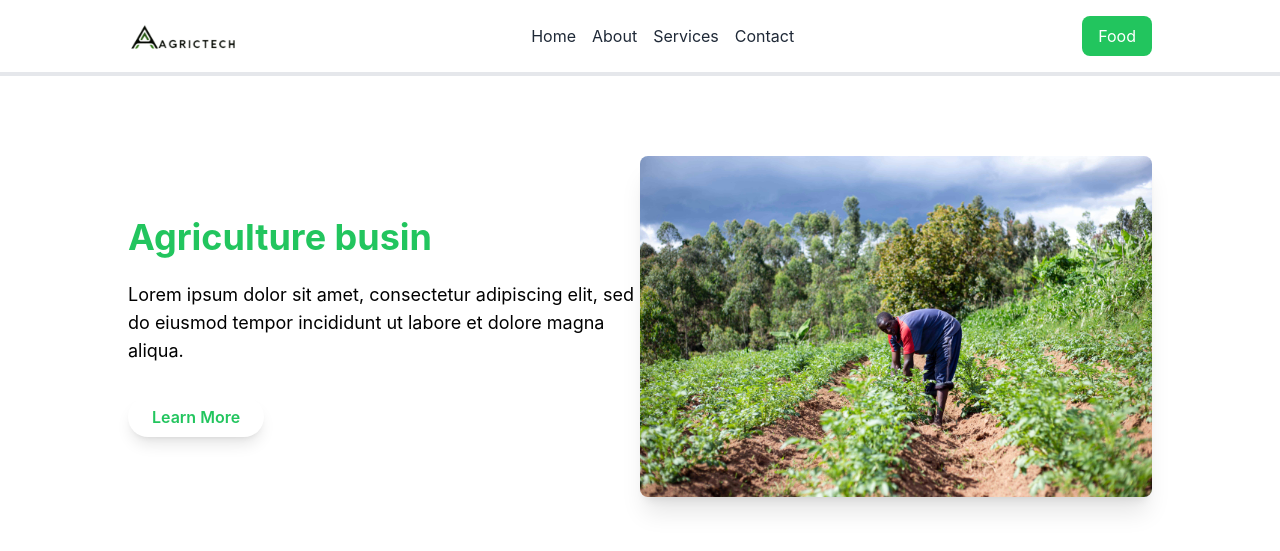
Repository: akinolapo/agric-tech
Page: /
These files come from the project's save history. The page is drawn as it stood at one moment and after the next save; the edit follows.
The browser window is 1280 px wide. The pictures show the whole page.
The project was rebuilt for these pictures with package versions that can differ from the ones it lists, and the page was loaded fresh each time.

Above is the page before, as saved 2023-05-27 00:12:00.

### src/App.js
import React from 'react'
import Header from './components/Header'
import Hero from './components/Hero'

const App = () => {
  return (
    <div>
      <Header/>
      <Hero/>
    </div>
  )
}

export default App

### src/components/Header.jsx
import React, { useState } from 'react';

const Header = () => {
  const [isMenuOpen, setIsMenuOpen] = useState(false);

  const toggleMenu = () => {
    setIsMenuOpen(!isMenuOpen);
  };

  const closeMenu = () => {
    setIsMenuOpen(false);
  };

  return (
    <header className="bg-white border-b-4">
      <div className="container mx-auto flex justify-between items-center py-4 px-5 sm:px-32">
        <div className="flex items-center">
          <img
            src={process.env.PUBLIC_URL+`media/logo.png`}
            alt="Logo"
            className="h-8 w-auto"
          />
        </div>
        <div className="hidden md:flex space-x-4">
          <a href="#" className="text-gray-800 hover:text-gray-600">Home</a>
          <a href="#" className="text-gray-800 hover:text-gray-600">About</a>
          <a href="#" className="text-gray-800 hover:text-gray-600">Services</a>
          <a href="#" className="text-gray-800 hover:text-gray-600">Contact</a>
        </div>
        <div className="md:hidden">
          <button
            type="button"
            className="flex items-center p-2 rounded-md text-gray-800 hover:text-gray-600 focus:outline-none"
            onClick={toggleMenu}
          >
            <svg
              xmlns="http://www.w3.org/2000/svg"
              className="h-6 w-6"
              fill="none"
              viewBox="0 0 24 24"
              stroke="currentColor"
            >
              <path
                strokeLinecap="round"
                strokeLinejoin="round"
                strokeWidth="2"
                d="M4 6h16M4 12h16M4 18h16"
              />
            </svg>
          </button>

        </div>
        <div className="hidden md:block">
          <button
            type="button"
            className="bg-green-500 text-white rounded-lg py-2 px-4"
          >
            Food
          </button>
        </div>
      </div>
      <div>
          {isMenuOpen && (
            <div className="mt-2 w-full">
              <ul className="bg-white border rounded-md divide-y divide-gray-200 shadow-md">
                <li className="py-2 px-4">
                  <a href="#" className="text-gray-800 hover:text-gray-600">Home</a>
                </li>
                <li className="py-2 px-4">
                  <a href="#" className="text-gray-800 hover:text-gray-600">About</a>
                </li>
                <li className="py-2 px-4">
                  <a href="#" className="text-gray-800 hover:text-gray-600">Services</a>
                </li>
                <li className="py-2 px-4">
                  <a href="#" className="text-gray-800 hover:text-gray-600">Contact</a>
                </li>
                <li className="py-2 px-4">
                  <button
                    type="button"
                    className="bg-green-500 text-white rounded-lg py-2 px-4 w-full"
                  >
                    Food
                  </button>
                </li>
              </ul>
              <div className="absolute top-0 right-0 p-2">
              </div>
            </div>
          )}
          </div>
    </header>
  );
};

export default Header;

### src/components/Hero.jsx
import React from 'react';

const Hero = () => {
  return (
    <section className="bg-white text-black py-20 px-5 sm:px-32">
      <div className="container mx-auto flex flex-col lg:flex-row items-center">
        <div className="lg:w-1/2">
          <h1 className="text-4xl font-bold mb-6 text-green-500">Agriculture busin</h1>
          <p className="text-lg mb-8">Lorem ipsum dolor sit amet, consectetur adipiscing elit, sed do eiusmod tempor incididunt ut labore et dolore magna aliqua.</p>
          <button className="bg-white text-green-500 py-2 px-6 rounded-full font-semibold shadow-lg hover:shadow-xl transition duration-300">Learn More</button>
        </div>
        <div className="lg:w-1/2">
          <img src={process.env.PUBLIC_URL+`media/hero.jpg`}alt="Agriculture" className="rounded-lg shadow-xl" />
        </div>
      </div>
    </section>
  );
};

export default Hero;

Loaded but not shown: public/index.html (common file); src/index.js (common file); src/index.css (common file); tailwind.config.js (common file)

After the next save:
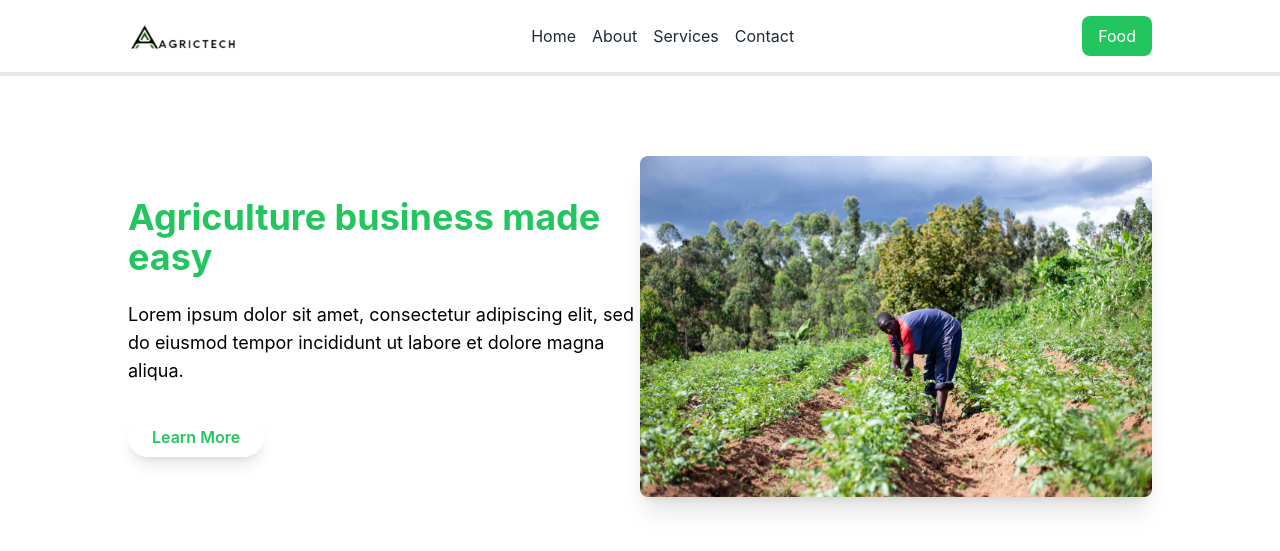
Saved 6 s later.
--- a/src/components/Hero.jsx
+++ b/src/components/Hero.jsx
@@ -5,7 +5,7 @@ const Hero = () => {
     <section className="bg-white text-black py-20 px-5 sm:px-32">
       <div className="container mx-auto flex flex-col lg:flex-row items-center">
         <div className="lg:w-1/2">
-          <h1 className="text-4xl font-bold mb-6 text-green-500">Agriculture busin</h1>
+          <h1 className="text-4xl font-bold mb-6 text-green-500">Agriculture business made easy</h1>
           <p className="text-lg mb-8">Lorem ipsum dolor sit amet, consectetur adipiscing elit, sed do eiusmod tempor incididunt ut labore et dolore magna aliqua.</p>
           <button className="bg-white text-green-500 py-2 px-6 rounded-full font-semibold shadow-lg hover:shadow-xl transition duration-300">Learn More</button>
         </div>
